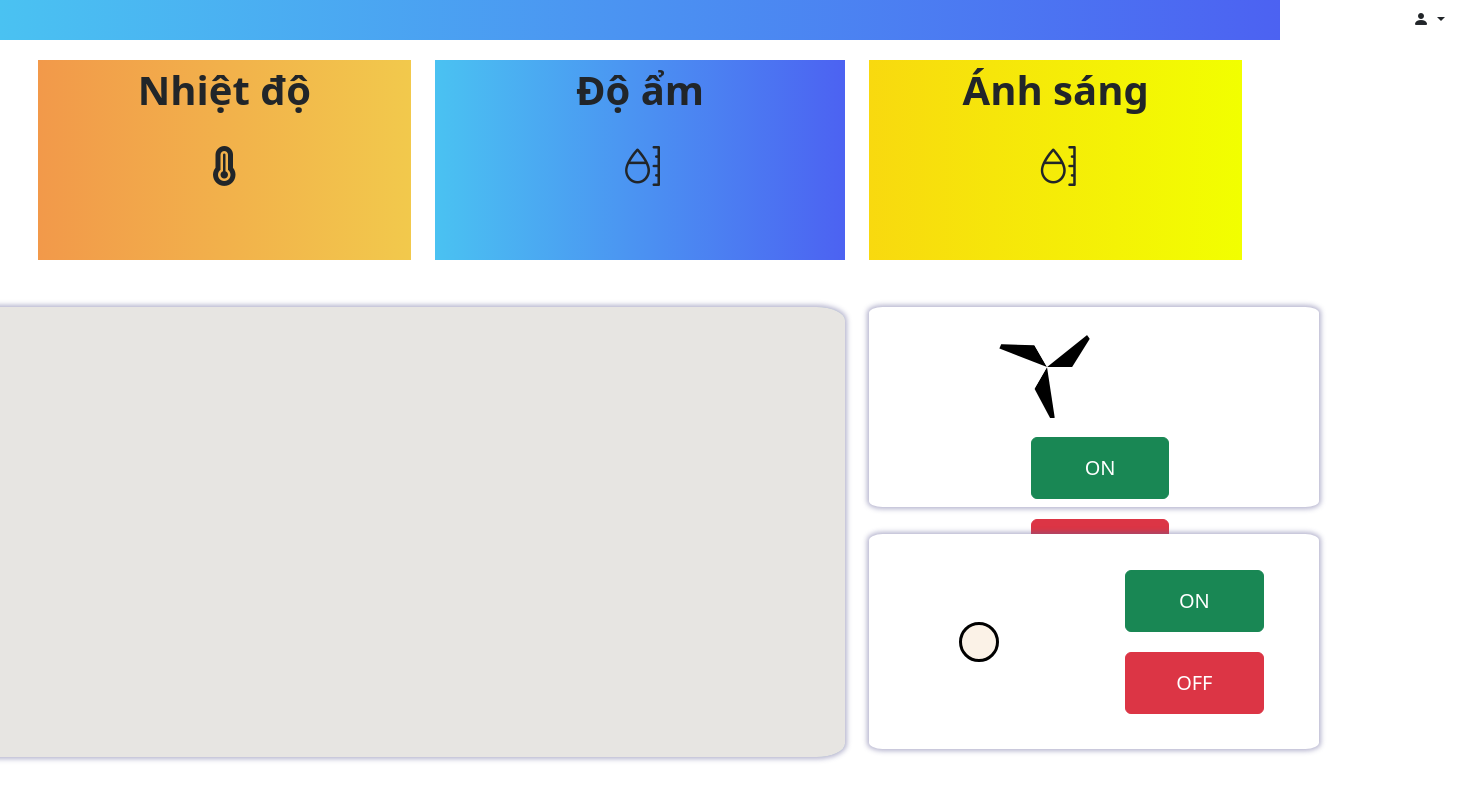
Repository: ndmq03102002/BTL_IOT
Page: Fontend_IOT/iot/index.html
An editor plug-in stored every save of this project. The page is shown before and after the next save, followed by the edit.
The browser window is 1280 px wide. The page is 1458 px wide, so the pictures cover 1458 px, including what lies to the right of the window. The pictures show the whole page.
Some web libraries are served in a nearby version.

Above is the page before, as saved 2023-09-07 09:48:17.

After the next save:
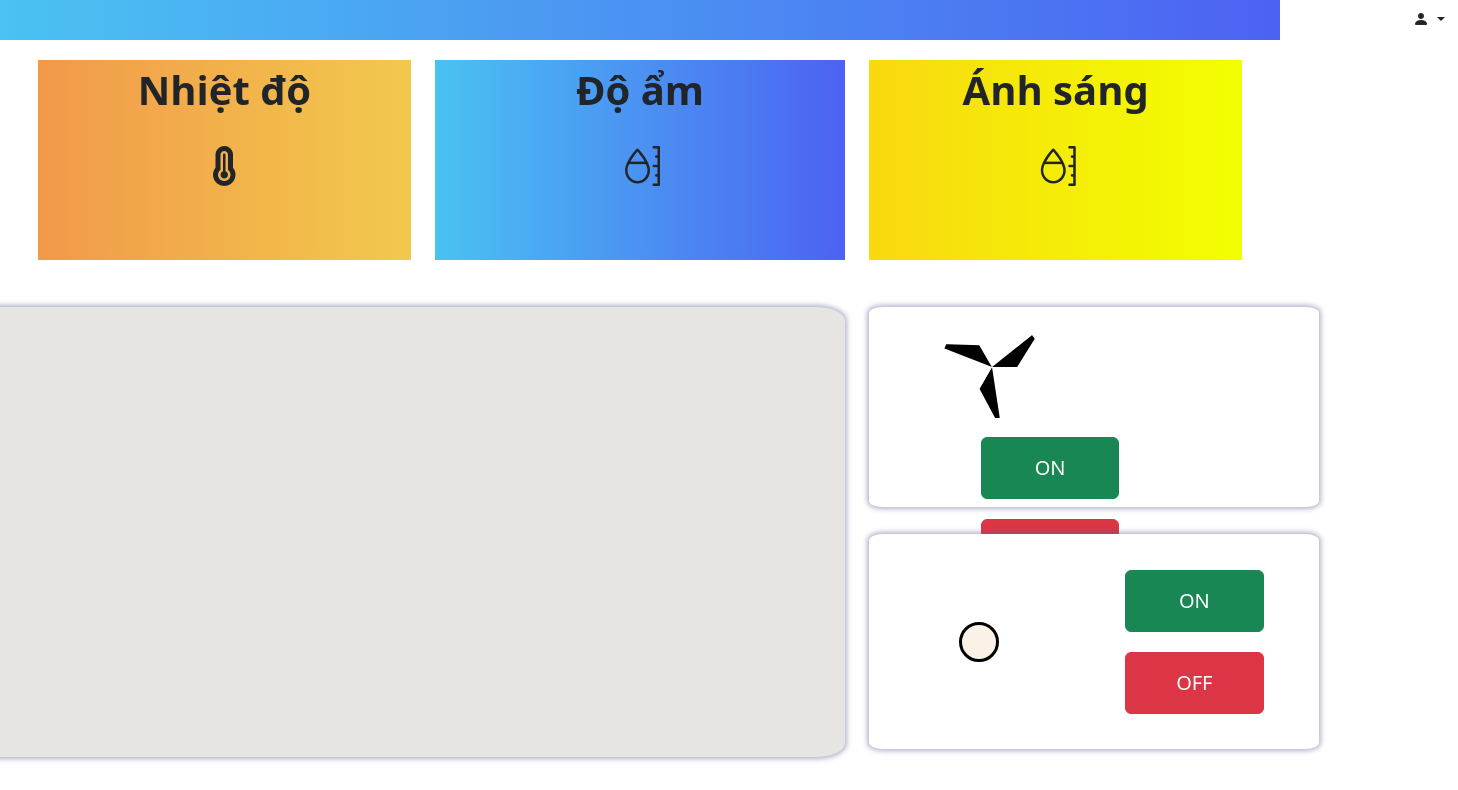
Saved 4 s later.
--- a/Fontend_IOT/iot/index.html
+++ b/Fontend_IOT/iot/index.html
@@ -65,7 +65,7 @@
                         <div class="blade blade-3"></div>
                         <div class="stand"></div>
                     </div>
-                    <div class="button" style="margin: auto; margin-top: 130px;margin-right: 150px;">
+                    <div class="button" style="margin: auto; margin-top: 130px;margin-right: 200px;">
                         <button class="btn btn-success " onclick="OnFan()" style="--bs-btn-padding-y: 15px; --bs-btn-padding-x: 50px; --bs-btn-font-size: 20px; ">ON</button>
                          <button class="btn btn-danger " onclick="OffFan()" style="margin-top: 20px; --bs-btn-padding-y: 15px; --bs-btn-padding-x: 50px; --bs-btn-font-size: 20px;">OFF</button>
 
